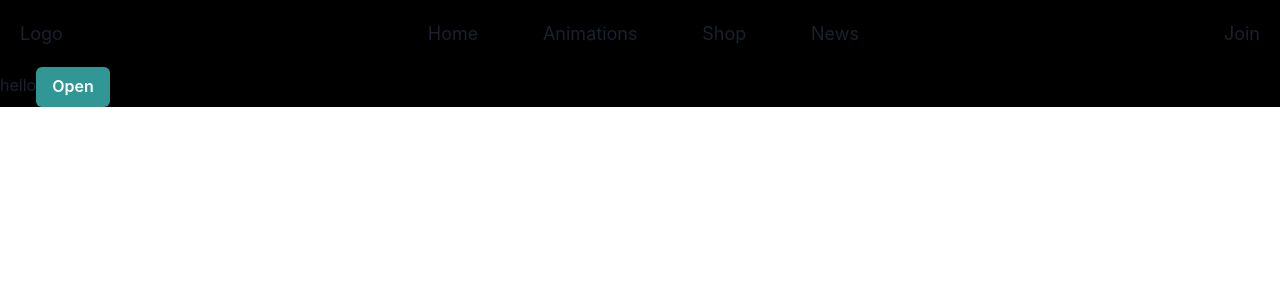
Repository: mr-joshi/Art-Of-House
Page: /
An editor plug-in stored every save of this project. The page is shown before and after a run of saves, followed by the edit.
The browser window is 1280 px wide. The pictures show the whole page.
The project was rebuilt for these pictures with package versions that can differ from the ones it lists, and the page was loaded fresh each time. The framework's server and built-in components were replaced by stand-ins that run in the browser. Also part of the build but not shown: next.config.js.

Above is the page before, as saved 2022-09-25 03:25:21.

### pages/_app.js
import '../styles/globals.css'
import '../components/header/header.scss';


function MyApp({ Component, pageProps }) {
  return <Component {...pageProps} />
}

export default MyApp

### pages/index.js
import Head from 'next/head'
import Image from 'next/image'
import Header from '../components/header/Header'

export default function Home() {
  return (
    <div>
     <Header/>
     </div>
  )
}

### components/header/header.scss
.header_container {
  width: 100%;
  position: sticky;
  top: 0px;
  z-index: 1;
  background-color: black;
}
.header_main {
  font-size: 18px;
  padding: 20px;
  width: 100%;
  display: flex;
  justify-content: space-between;
  align-items: center;
}
.header_main_tags {
  width: 40%;
  display: flex;
  justify-content: space-around;
  align-items: center;

}
.header_login_tags{

  display: flex;
  justify-content: space-around;
  align-items: center;

}
.lwda{
  background-color: red;
}
@media screen and (max-width: 701px)  {
.header_main{
  font-size: 16px;
}
.header_main_tags{
  width: 45%;
}
}

@media screen and (max-width:570px) {
  .header_main_tags{
    display: none;
  }
  .header_login_tags{
    display: none;
  }


}

### components/header/Header.js
import React from 'react'
import DrawerExample from './drawer'
import { ChakraProvider, extendTheme } from "@chakra-ui/react";

const components = {
  Drawer: {
    variants: {
      alwaysOpen: {
        parts: ["dialog, dialogContainer"],
        dialog: {
          pointerEvents: "auto"
        },
        dialogContainer: {
          pointerEvents: "none"
        }
      }
    }
  }
};
const theme = extendTheme({
  components
});

const Header = () => {
  return (
    <div className='header_container'>
      <div className='header_main'>
        <div className='header_logo'>Logo</div>
        <div className='header_main_tags'>
          <div className='tag_home'>Home</div>
          <div className='tag_animations'>Animations</div>
          <div className='tag_shop'>Shop</div>
          <div className='tag_news'>News</div>
        </div>
        <div className='header_login_tags'>
          <div className='tag_login'>Join</div>
        </div>
      </div>
      <ChakraProvider theme={theme}>
      <div>
        hello
        <DrawerExample />
      </div>
    </ChakraProvider>
    </div>
  )
}


export default Header

### components/header/drawer.js
import React from "react";
import {
  Drawer,
  DrawerBody,
  DrawerFooter,
  DrawerHeader,
  DrawerOverlay,
  DrawerContent,
  DrawerCloseButton,
  Button,
  Input,
  useDisclosure
} from "@chakra-ui/react";

function DrawerExample({ children, ...rest }) {
  const { isOpen, onOpen, onClose } = useDisclosure();
  const btnRef = React.useRef();

  return (
    <>
      <Button ref={btnRef} colorScheme="teal" onClick={onOpen}>
        Open
      </Button>
      <Drawer
        variant="alwaysOpen"
        {...rest}
        isOpen={isOpen}
        placement="right"
        onClose={onClose}
        trapFocus={false}
        closeOnOverlayClick={false}
        blockScrollOnMount={false}
      >
        {/* <DrawerOverlay /> */}
        <DrawerContent>
          <DrawerCloseButton />
          <DrawerHeader>Create your account</DrawerHeader>

          <DrawerBody>
            <Input placeholder="Type here..." />
          </DrawerBody>

          <DrawerFooter>
            <Button variant="outline" mr={3} onClick={onClose}>
              Cancel
            </Button>
            <Button colorScheme="blue">Save</Button>
          </DrawerFooter>
        </DrawerContent>
      </Drawer>
    </>
  );
}

export default DrawerExample;

Loaded but not shown: styles/globals.css (common file)

After the next 4 saves:
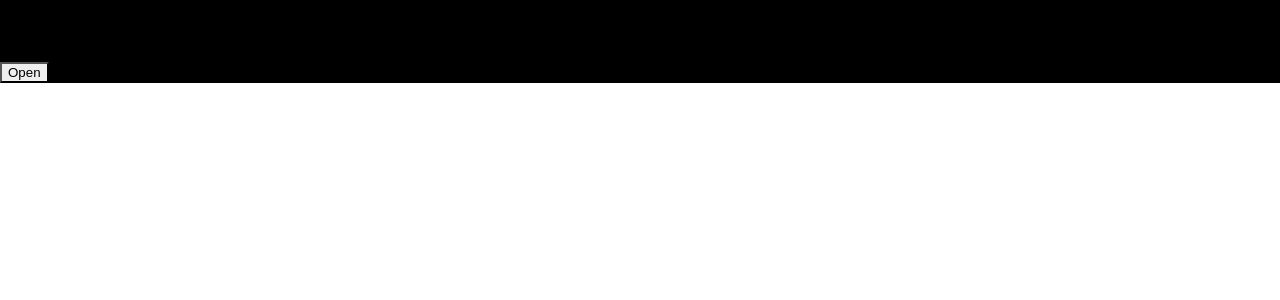
The 4 saves are shown as one change because they came seconds apart.
The last was saved 34 s later.
--- a/components/header/Header.js
+++ b/components/header/Header.js
@@ -36,12 +36,10 @@
           <div className='tag_login'>Join</div>
         </div>
       </div>
-      <ChakraProvider theme={theme}>
-      <div>
-        hello
+
         <DrawerExample />
-      </div>
-    </ChakraProvider>
+
+
     </div>
   )
 }
